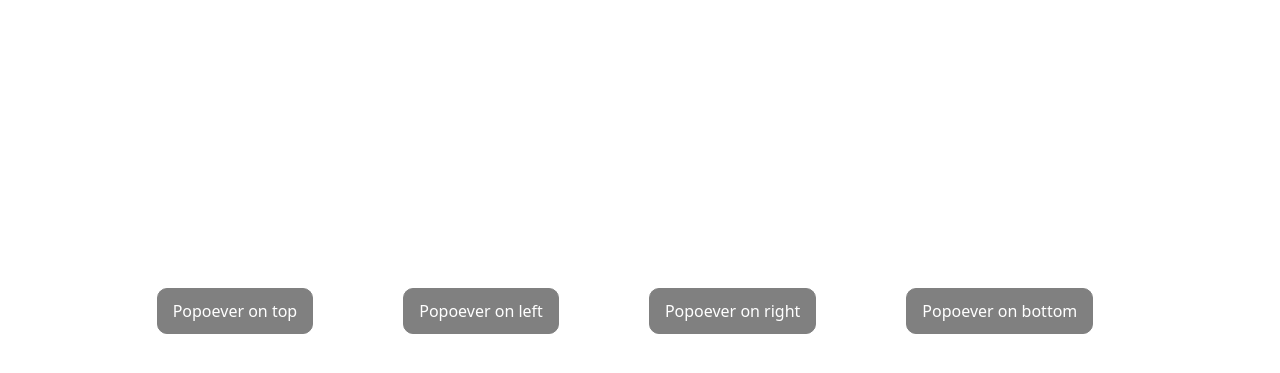
Repository: 1509Long/1509long.github.io
Page: exam.html
The author's editor kept a copy of each file at every save. The page is drawn from the files as they stood at one save, then again after the next save.
The browser window is 1280 px wide. The pictures show the whole page.

Above is the page before, as saved 2022-05-24 21:24:02.

### exam.html
<!DOCTYPE html>
<html lang="en">
  <head>
    <title>Title</title>
    <!-- Required meta tags -->
    <meta charset="utf-8" />
    <meta
      name="viewport"
      content="width=device-width, initial-scale=1, shrink-to-fit=no"
    />

    <!-- Bootstrap CSS v5.0.2 -->
    <link
      rel="stylesheet"
      href="https://cdn.jsdelivr.net/npm/bootstrap@5.0.2/dist/css/bootstrap.min.css"
      integrity="sha384-EVSTQN3/azprG1Anm3QDgpJLIm9Nao0Yz1ztcQTwFspd3yD65VohhpuuCOmLASjC"
      crossorigin="anonymous"
    />
    <style>
      * {
        box-sizing: border-box;
      }
      body {
        margin:40vh 0;
      }
      .toggle-top,
      .toggle-bottom,
      .toggle-left,
      .toggle-right {
        visibility: hidden;
      }

      #button {
        color: #fff;
        background-color: grey;
        padding: 10px 15px;
        border: 1px solid grey;
        border-radius: 10px;
        margin-right: 30px;
      }

      .box {
        padding: 20px;
        border: 1px solid grey;
        border-radius: 10px;
      }

      .boxA {
        position: absolute;
        top: -80px;
        left: 0;
        z-index: 1000;
        background-color: aqua;
      }

      .boxD {
        position: absolute;
        top: 60px;
        left: 0;
        z-index: 1000;
        background-color: aqua;
      }

      .boxB {
        position: absolute;
        top: 0;
        left: -140px;
        z-index: 1000;
        background-color: aqua;
      }

      .boxC {
        position: absolute;
        top: 0;
        left: 170px;
        z-index: 1000;
        background-color: aqua;
      }

      #right {
        width: 160px;
      }

      .box1,
      .box2,
      .box3,
      .box4 {
        position: relative;
        margin: 0 30px;
      }
    </style>
  </head>
  <body>
    <div class="d-flex justify-content-center">
      <div class="box1">
        <button id="button" onclick="boxA()">Popoever on top</button>
        <div class="toggle-top box boxA" id="top">Top popoever</div>
      </div>

      <div class="box3">
        <button id="button" onclick="boxC()">Popoever on left</button>
        <div class="toggle-left box boxB" id="left">Left popover</div>
      </div>

      <div class="box4">
        <button id="button" onclick="boxD()">Popoever on right</button>
        <div class="toggle-right box boxC" id="right">Right popover</div>
      </div>

      <div class="box2">
        <button id="button" onclick="boxB()">Popoever on bottom</button>
        <div class="toggle-bottom box boxD" id="bottom">Bottom popover</div>
      </div>
    </div>

    <!-- Bootstrap JavaScript Libraries -->
    <script src="https://unpkg.com/@popperjs/core@2"></script>
    <script
      src="https://cdn.jsdelivr.net/npm/@popperjs/core@2.9.2/dist/umd/popper.min.js"
      integrity="sha384-IQsoLXl5PILFhosVNubq5LC7Qb9DXgDA9i+tQ8Zj3iwWAwPtgFTxbJ8NT4GN1R8p"
      crossorigin="anonymous"
    ></script>
    <script
      src="https://cdn.jsdelivr.net/npm/bootstrap@5.0.2/dist/js/bootstrap.min.js"
      integrity="sha384-cVKIPhGWiC2Al4u+LWgxfKTRIcfu0JTxR+EQDz/bgldoEyl4H0zUF0QKbrJ0EcQF"
      crossorigin="anonymous"
    ></script>

    <script>
      function boxA() {
        let click = document.getElementById("top");
        console.log(click);
        click.classList.toggle("toggle-top");
      }

      function boxB() {
        let click = document.getElementById("bottom");
        console.log(click);
        click.classList.toggle("toggle-bottom");
      }

      function boxC() {
        let click = document.getElementById("left");
        console.log(click);
        click.classList.toggle("toggle-left");
      }

      function boxD() {
        let click = document.getElementById("right");
        console.log(click);
        click.classList.toggle("toggle-right");
      }
    </script>
  </body>
</html>

After the next save:
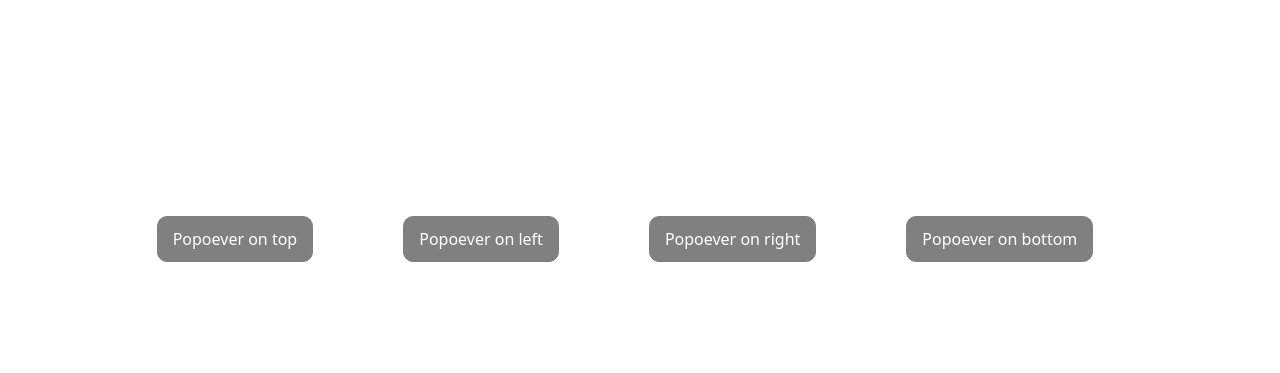
Saved 9 s later.
--- a/exam.html
+++ b/exam.html
@@ -21,7 +21,7 @@
         box-sizing: border-box;
       }
       body {
-        margin:40vh 0;
+        margin: 30vh 0;
       }
       .toggle-top,
       .toggle-bottom,
